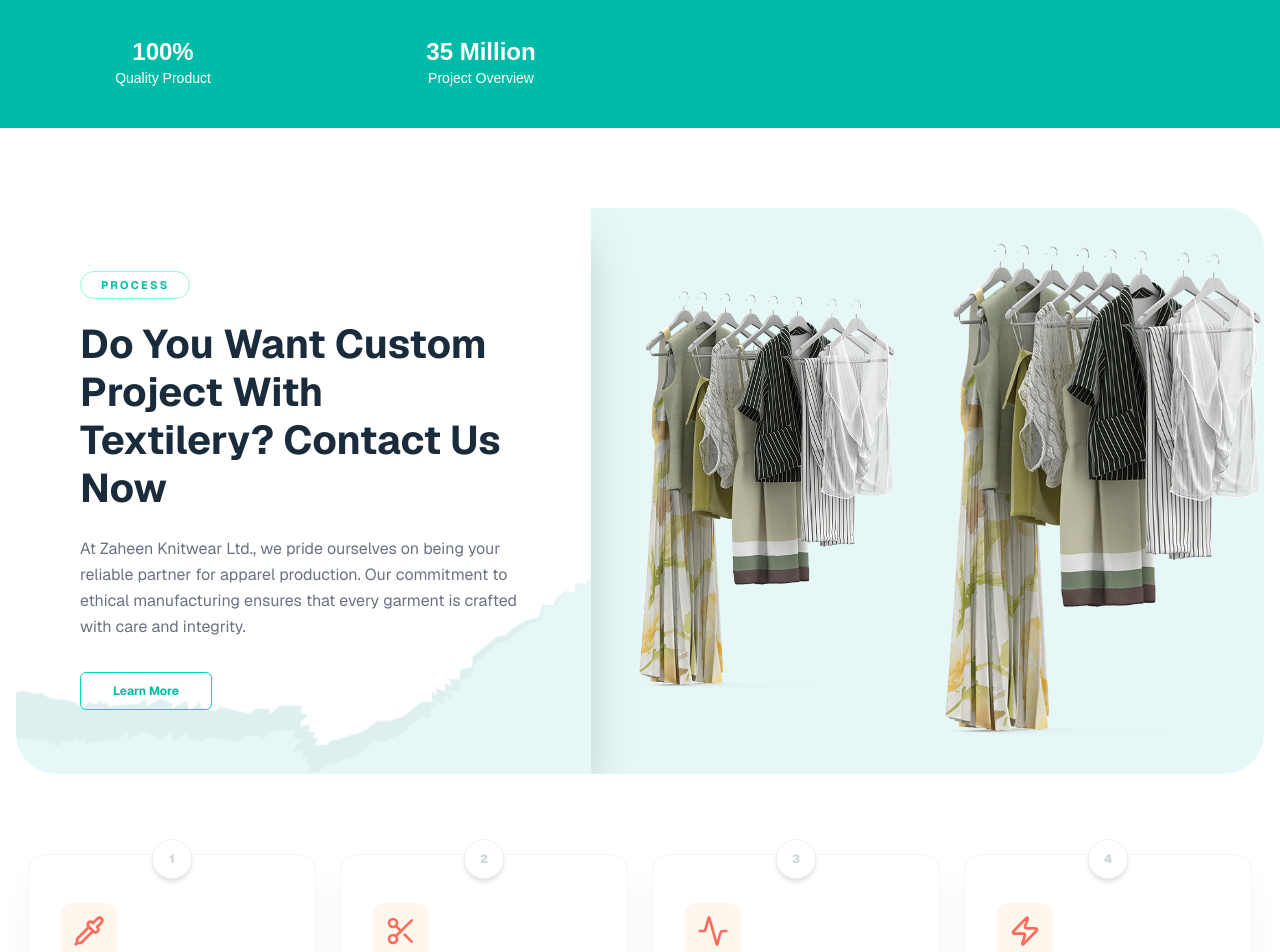
Repository: mdmuhibullahhabib/fullstack-assessment
Page: /
These files come from the project's save history. The page is drawn as it stood at one moment and after the next save; the edit follows.
The browser window is 1280 px wide. The pictures show the part of the page from y = 582 to 1534 px (the page is 3111 px tall).
The project was rebuilt for these pictures with package versions that can differ from the ones it lists, and the page was loaded fresh each time. The framework's server and built-in components were replaced by stand-ins that run in the browser. Also part of the build but not shown: next.config.mjs.

Above is the page before, as saved 2025-12-27 09:40:00.

### src/app/layout.js
import { Geist, Geist_Mono } from "next/font/google";
import "./globals.css";
import Navbar from "@/components/shared/Navbar";
import Footer from "@/components/shared/Footer";

const geistSans = Geist({
  variable: "--font-geist-sans",
  subsets: ["latin"],
});

const geistMono = Geist_Mono({
  variable: "--font-geist-mono",
  subsets: ["latin"],
});

export const metadata = {
  title: "Create Next App",
  description: "Generated by create next app",
};

export default function RootLayout({ children }) {
  return (
    <html lang="en">
      <body
        className={`${geistSans.variable} ${geistMono.variable} antialiased`}
      >
        <Navbar/>
        {children}
        <Footer/>
      </body>
    </html>
  );
}

### src/app/page.js
import Apparel from "@/components/home/Apparel";
import CustomProcess from "@/components/home/CustomProcess";
import Hero from "@/components/home/hero";
import Stats from "@/components/home/Stats";


export default function Home() {
  return (
    <>
      <Hero />
      <Stats />
      <CustomProcess />
      <Apparel />
    </>
  );
}

### src/components/shared/Navbar.jsx
"use client";

import Link from "next/link";
import { Menu, X, ShoppingCart, User } from "lucide-react";
import { useState } from "react";

export default function Navbar() {
  const [open, setOpen] = useState(false);

  return (
    <header className="w-full">
      {/* ===== Top Bar ===== */}
      <div className="bg-teal-500 text-white text-sm">
        <div className="max-w-7xl mx-auto flex justify-between items-center px-4 py-2">
          <p>📍 Kashimpur, Gazipur Sadar / Gazipur</p>
          <div className="flex items-center gap-4">
            <span>📞 +880 01713-027875</span>
            <div className="flex gap-2">
              <span>f</span>
              <span>x</span>
              <span>▶</span>
              <span>📷</span>
            </div>
          </div>
        </div>
      </div>

      {/* ===== Main Navbar ===== */}
      <div className="bg-white shadow">
        <div className="max-w-7xl mx-auto flex items-center justify-between px-4 py-4">

          {/* Logo */}
          <Link href="/" className="flex items-center gap-2">
            <div className="w-10 h-10 bg-green-500 rounded flex items-center justify-center text-white font-bold">
              Z
            </div>
            <span className="font-bold text-lg text-gray-800">
              Company
            </span>
          </Link>

          {/* Desktop Menu */}
          <nav className="hidden md:flex items-center gap-8 text-gray-700 font-medium">
            <Link href="/">Home</Link>
            <Link href="/about">About Us</Link>
            <Link href="/services">Our Services</Link>
            <Link href="/products">Our Products</Link>
            <Link href="/blogs">Blogs</Link>
          </nav>

          {/* Right Actions */}
          <div className="hidden md:flex items-center gap-4">
            <ShoppingCart className="cursor-pointer" />
            <div className="w-8 h-8 bg-red-500 rounded-full flex items-center justify-center text-white">
              M
            </div>
            <Link
              href="/contact"
              className="bg-orange-500 text-white px-4 py-2 rounded"
            >
              Contact Us
            </Link>
          </div>

          {/* Mobile Menu Button */}
          <button
            onClick={() => setOpen(!open)}
            className="md:hidden"
          >
            {open ? <X /> : <Menu />}
          </button>
        </div>

        {/* ===== Mobile Menu ===== */}
        {open && (
          <div className="md:hidden bg-white border-t">
            <nav className="flex flex-col gap-4 px-4 py-4 text-gray-700">
              <Link href="/">Home</Link>
              <Link href="/about">About Us</Link>
              <Link href="/services">Our Services</Link>
              <Link href="/products">Our Products</Link>
              <Link href="/blogs">Blogs</Link>

              <div className="flex items-center gap-4 pt-4">
                <ShoppingCart />
                <User />
                <Link
                  href="/contact"
                  className="bg-orange-500 text-white px-4 py-2 rounded"
                >
                  Contact Us
                </Link>
              </div>
            </nav>
          </div>
        )}
      </div>
    </header>
  );
}

### src/components/shared/Footer.jsx
import Image from "next/image";
import Link from "next/link";

export default function Footer() {
  return (
    <footer className="bg-[#f8f8f8] border-t">
      <div className="max-w-7xl mx-auto px-4 py-12">

        {/* ===== Top Section ===== */}
        <div className="grid grid-cols-1 md:grid-cols-4 gap-10">

          {/* Logo & Contact */}
          <div className="space-y-4">
            <div className="flex items-center gap-3">
              <Image src="/logo.png" alt="logo" width={48} height={48} />
              <Image src="/logo2.png" alt="logo2" width={48} height={48} />
            </div>

            <p className="text-sm text-gray-600 flex gap-2">
              📍 29 SE 2nd Ave, Miami, FL 33131, United States
            </p>
            <p className="text-sm text-gray-600">
              ✉ info@zaheen.com
            </p>
            <p className="text-sm font-semibold">
              📞 (+92) 3942 7879
            </p>
          </div>

          {/* Pages */}
          <div>
            <h4 className="font-semibold mb-4 uppercase text-sm">Pages</h4>
            <ul className="space-y-2 text-sm text-gray-600">
              <li><Link href="#">About Us</Link></li>
              <li><Link href="#">Our Services</Link></li>
              <li><Link href="#">Our Products</Link></li>
            </ul>
          </div>

          {/* Information */}
          <div>
            <h4 className="font-semibold mb-4 uppercase text-sm">Information</h4>
            <ul className="space-y-2 text-sm text-gray-600">
              <li><Link href="#">My Account</Link></li>
              <li><Link href="#">Corporate Enquiries</Link></li>
              <li><Link href="#">FAQs</Link></li>
            </ul>
          </div>
        </div>

        {/* ===== Payment Channels (SAME ROW STYLE) ===== */}
        <div className="mt-10">
          <h4 className="font-semibold text-sm mb-4">PAYMENT CHANNELS</h4>

          <div className="flex flex-wrap gap-3">
            {[
              "visa",
              "mastercard",
              "amex",
              "bKash",
              "nagad",
              "rocket",
              "upay",
              "tap",
              "citybank",
              "bracbank",
              "easternbank",
              "standardchartered",
            ].map((logo) => (
              <div
                key={logo}
                className="bg-white border rounded-md px-4 py-2 flex items-center justify-center"
              >
                <Image
                  src={`/payments/${logo}.png`}
                  alt={logo}
                  width={48}
                  height={28}
                  className="object-contain"
                />
              </div>
            ))}
          </div>
        </div>

        {/* ===== Bottom Bar ===== */}
        <div className="border-t mt-10 pt-6 flex flex-col md:flex-row justify-between items-center gap-4 text-sm text-gray-600">

          <p>
            Copyright ©{" "}
            <span className="text-orange-500 font-medium">
              360D Soul Limited
            </span>{" "}
            2025. All rights reserved.
          </p>

          <div className="flex gap-4 text-lg">
            <span>f</span>
            <span>x</span>
            <span>📷</span>
          </div>

          <div className="flex gap-4">
            <Link href="#">Terms & Condition</Link>
            <Link href="#">Privacy & Policy</Link>
            <Link href="#">Refund Policy</Link>
          </div>
        </div>

      </div>
    </footer>
  );
}

### src/components/home/Apparel.jsx
export default function Apparel() {
  const products = [
    {
      name: "Denim Jacket",
      price: "$10.00",
      img: "https://images.unsplash.com/photo-1520975916090-3105956dac38",
    },
    {
      name: "Hoodie",
      price: "$12.00",
      img: "https://images.unsplash.com/photo-1520974735194-6c9c0c13ed3d",
    },
    {
      name: "T-Shirt",
      price: "$8.00",
      img: "https://images.unsplash.com/photo-1583743814966-8936f5b7be1a",
    },
  ];

  return (
    <section className="bg-gray-50 py-16">
      <div className="max-w-7xl mx-auto px-4">
        <h2 className="text-2xl font-bold mb-8">Our Apparels</h2>

        <div className="grid sm:grid-cols-2 md:grid-cols-3 gap-6">
          {products.map((p, i) => (
            <div key={i} className="bg-white border rounded overflow-hidden">
              <img src={p.img} className="h-56 w-full object-cover" />
              <div className="p-4">
                <h3 className="font-semibold">{p.name}</h3>
                <p className="text-sm text-gray-600">{p.price}</p>
                <button className="mt-3 w-full bg-teal-500 text-white py-2 rounded">
                  Add to Cart
                </button>
              </div>
            </div>
          ))}
        </div>
      </div>
    </section>
  );
}

### src/components/home/CustomProcess.jsx
"use client"
import Image from "next/image";
import { Scissors, Pipette, Zap, Activity, Repeat, ClipboardCheck, Box } from "lucide-react";
import bgImage from "../../../public/home/ProcessImage-1.png";
import rightImage from "../../../public/home/ProcessImage-2.png";

export default function CustomProcess() {
    const steps = [
        { number: 1, title: "Dyeing", desc: "Adding color to biodegradable materials.", icon: <Pipette className="w-8 h-8 text-[#FF6B5B]" /> },
        { number: 2, title: "Cutting", desc: "Eco-friendly clothing items for all shapes and sizes.", icon: <Scissors className="w-8 h-8 text-[#FF6B5B]" /> },
        { number: 3, title: "Sewing", desc: "Vouching for the ultimate sturdiness and durability of the fabric.", icon: <Activity className="w-8 h-8 text-[#FF6B5B]" /> },
        { number: 4, title: "Snipping of thread", desc: "A neat edge, a soft and smooth finish.", icon: <Zap className="w-8 h-8 text-[#FF6B5B]" /> },
        { number: 5, title: "Ironing", desc: "Ironing it before shipping.", icon: <Repeat className="w-8 h-8 text-[#FF6B5B]" /> },
        { number: 6, title: "Checking", desc: "Going through each clothing piece to ensure supreme quality standards are met.", icon: <ClipboardCheck className="w-8 h-8 text-[#FF6B5B]" /> },
        { number: 7, title: "Package", desc: "Folding and packing with the utmost care.", icon: <Box className="w-8 h-8 text-[#FF6B5B]" /> },
    ];

    return (
        <section className="bg-white py-20 px-4 font-sans">
            <div className="max-w-7xl mx-auto">

                {/* ===== TOP SECTION ===== */}
                <div className="relative bg-[#E6F7F8] rounded-[40px] overflow-hidden flex flex-col md:flex-row items-stretch mb-20 min-h-[450px]">

                    {/* Left Content Box (White with bgImage and Torn Edge) */}
                    <div
                        className="relative z-20 w-full md:w-[60%] p-10 md:p-16 flex flex-col justify-center items-start md:clip-path-torn shadow-2xl"
                        style={{
       backgroundImage: `url(${bgImage.src})`,
      backgroundSize: "cover",
      backgroundPosition: "center",
                        }}
                    >
                        <div className="mb-6">
                            <span className="px-5 py-1.5 rounded-full border border-teal-200 text-teal-500 text-[11px] font-bold uppercase tracking-[0.2em]">
                                Process
                            </span>
                        </div>

                        <h2 className="text-3xl md:text-[40px] font-bold text-[#1a2b3c] leading-[1.2] mb-6">
                            Do You Want Custom Project With <br className="hidden lg:block" /> Textilery? Contact Us Now
                        </h2>

                        <p className="text-gray-500 text-sm md:text-base leading-relaxed max-w-lg mb-8">
                            At Zaheen Knitwear Ltd., we pride ourselves on being your reliable partner for
                            apparel production. Our commitment to ethical manufacturing ensures that
                            every garment is crafted with care and integrity.
                        </p>

                        <button className="border-[1.5px] border-teal-400 text-teal-500 px-8 py-2.5 rounded-md font-bold text-xs hover:bg-teal-500 hover:text-white transition-all">
                            Learn More
                        </button>
                    </div>

                    {/* Right Content (Image of hanging clothes) */}
                    <div className="w-full md:w-[40%] relative flex items-center justify-center py-10">
                        <div className="relative w-[85%] h-[400px]">
                            <Image
                                src={rightImage}
                                alt="Clothing Preview"
                                fill
                                className="object-contain"
                                priority
                            />
                        </div>
                    </div>

                    {/* ===== RIGHT SIDE IMAGE ===== */}
                    <div className="w-full md:w-[35%] flex items-center justify-center p-6 md:p-0">
                        <div className="relative w-full h-[320px] md:h-[450px] md:scale-110">
                            <Image
                                src={rightImage}
                                alt="Garments on hangers"
                                fill
                                className="object-contain"
                                priority
                            />
                        </div>
                    </div>
                </div>

                {/* ===== PROCESS STEPS GRID ===== */}
                <div className="flex flex-wrap justify-center gap-6">
                    {steps.map((step, index) => (
                        <div
                            key={step.number}
                            className={`
                relative bg-white p-8 pt-12 rounded-2xl shadow-[0_15px_40px_-15px_rgba(0,0,0,0.1)]
                border border-gray-100 flex flex-col items-start transition-all hover:-translate-y-2
                w-full sm:w-[calc(50%-1.5rem)] lg:w-[calc(25%-1.5rem)]
                ${index >= 4 ? 'lg:translate-y-2' : ''}
              `}
                        >
                            {/* Step Number Circle */}
                            <div className="absolute -top-4 left-1/2 -translate-x-1/2 w-10 h-10 bg-white border border-gray-100 shadow-md rounded-full flex items-center justify-center text-xs font-black text-gray-300">
                                {step.number}
                            </div>

                            <div className="mb-6 bg-orange-50 p-3 rounded-xl">
                                {step.icon}
                            </div>

                            <h3 className="text-xl font-bold text-slate-800 mb-3">
                                {step.title}
                            </h3>
                            <p className="text-[14px] text-gray-500 leading-relaxed">
                                {step.desc}
                            </p>
                        </div>
                    ))}
                </div>

            </div>
        </section>
    );
}

### src/components/home/hero.jsx
export default function Hero() {
  return (
    <section className="relative bg-black text-white">
      <img
        src="https://images.unsplash.com/photo-1520975916090-3105956dac38"
        className="absolute inset-0 w-full h-full object-cover opacity-40"
      />

      <div className="relative max-w-7xl mx-auto px-4 py-28 grid md:grid-cols-2 gap-10">
        <div>
          <p className="text-sm uppercase mb-3 text-teal-400">
            Textile & Garments
          </p>
          <h1 className="text-4xl md:text-5xl font-bold mb-5">
            High-Quality Garments. <br /> Ethically Made.
          </h1>
          <p className="text-gray-300 mb-6">
            We manufacture premium garments using ethical and sustainable
            practices.
          </p>

          <div className="flex gap-4">
            <button className="bg-orange-500 px-6 py-3 rounded">
              Explore
            </button>
            <button className="border px-6 py-3 rounded">
              Contact Us
            </button>
          </div>
        </div>
      </div>
    </section>
  );
}

### src/components/home/Stats.jsx
export default function Stats() {
  const stats = [
    { title: "Quality Product", value: "100%" },
    { title: "Project Overview", value: "35 Million" },
  ];

  return (
    <section className="bg-teal-500 text-white">
      <div className="max-w-7xl mx-auto px-4 py-10 grid grid-cols-2 md:grid-cols-4 gap-6 text-center">
        {stats.map((s, i) => (
          <div key={i}>
            <h3 className="text-2xl font-bold">{s.value}</h3>
            <p className="text-sm">{s.title}</p>
          </div>
        ))}
      </div>
    </section>
  );
}

Loaded but not shown: src/app/globals.css (common file)

After the next save:
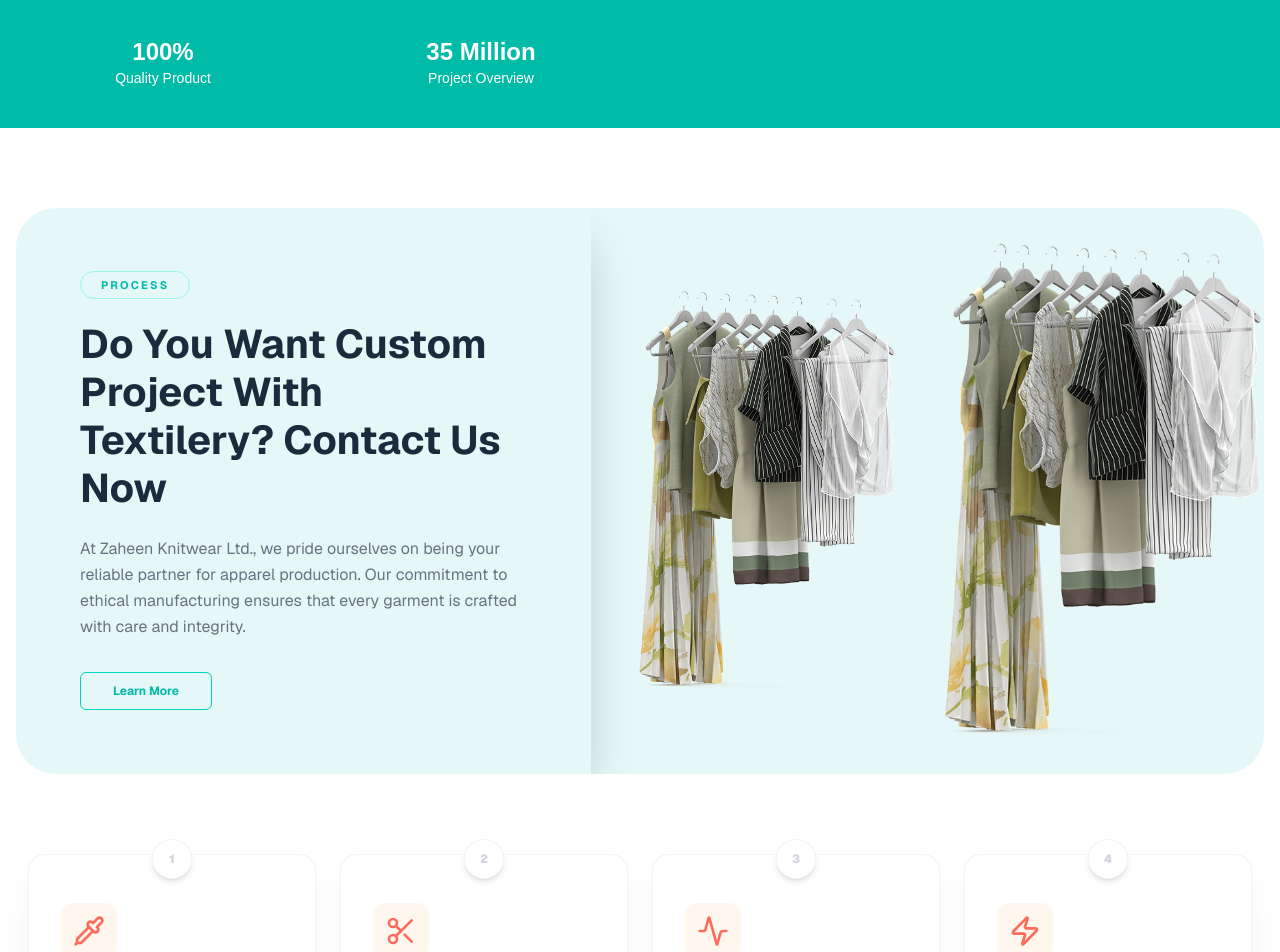
Saved 4 s later.
--- a/src/components/home/CustomProcess.jsx
+++ b/src/components/home/CustomProcess.jsx
@@ -26,7 +26,7 @@
                     <div
                         className="relative z-20 w-full md:w-[60%] p-10 md:p-16 flex flex-col justify-center items-start md:clip-path-torn shadow-2xl"
                         style={{
-       backgroundImage: `url(${bgImage.src})`,
+       backgroundImage: `url(${bgImage})`,
       backgroundSize: "cover",
       backgroundPosition: "center",
                         }}
